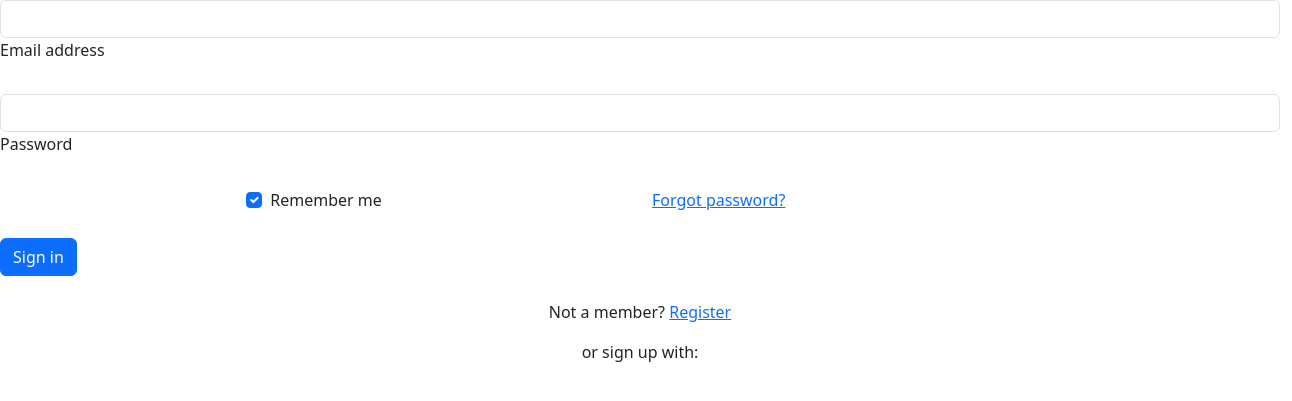
Repository: HieuNT-2001/JAVA-3---SOF203
Page: http://localhost/HocJava4/views/LoginForm.jsp
An editor plug-in stored every save of this project. The page is shown before and after the next save, followed by the edit.
The browser window is 1280 px wide. The page is 1292 px wide, then 1280 px, so the pictures cover 1292 px, including what lies to the right of the window. The pictures show the whole page.
The page is served by Tomcat 9. Other server files are loaded and not shown.

Above is the page before, as saved 2024-09-28 03:13:58.

### HocJava4/src/main/webapp/views/LoginForm.jsp
<%@ page language="java" contentType="text/html; charset=UTF-8"
	pageEncoding="UTF-8"%>
<!doctype html>
<html lang="en">
<head>
<meta charset="utf-8">
<meta name="viewport" content="width=device-width, initial-scale=1">
<title>Bootstrap demo</title>
<link
	href="https://cdn.jsdelivr.net/npm/bootstrap@5.3.3/dist/css/bootstrap.min.css"
	rel="stylesheet"
	integrity="sha384-QWTKZyjpPEjISv5WaRU9OFeRpok6YctnYmDr5pNlyT2bRjXh0JMhjY6hW+ALEwIH"
	crossorigin="anonymous">
</head>
<body>
	<div class="container">

	</div>
	<form>
		<!-- Email input -->
		<div data-mdb-input-init class="form-outline mb-4">
			<input type="email" id="form2Example1" class="form-control" /> <label
				class="form-label" for="form2Example1">Email address</label>
		</div>

		<!-- Password input -->
		<div data-mdb-input-init class="form-outline mb-4">
			<input type="password" id="form2Example2" class="form-control" /> <label
				class="form-label" for="form2Example2">Password</label>
		</div>

		<!-- 2 column grid layout for inline styling -->
		<div class="row mb-4">
			<div class="col d-flex justify-content-center">
				<!-- Checkbox -->
				<div class="form-check">
					<input class="form-check-input" type="checkbox" value=""
						id="form2Example31" checked /> <label class="form-check-label"
						for="form2Example31"> Remember me </label>
				</div>
			</div>

			<div class="col">
				<!-- Simple link -->
				<a href="#!">Forgot password?</a>
			</div>
		</div>

		<!-- Submit button -->
		<button type="button" data-mdb-button-init data-mdb-ripple-init
			class="btn btn-primary btn-block mb-4">Sign in</button>

		<!-- Register buttons -->
		<div class="text-center">
			<p>
				Not a member? <a href="#!">Register</a>
			</p>
			<p>or sign up with:</p>
			<button type="button" data-mdb-button-init data-mdb-ripple-init
				class="btn btn-link btn-floating mx-1">
				<i class="fab fa-facebook-f"></i>
			</button>

			<button type="button" data-mdb-button-init data-mdb-ripple-init
				class="btn btn-link btn-floating mx-1">
				<i class="fab fa-google"></i>
			</button>

			<button type="button" data-mdb-button-init data-mdb-ripple-init
				class="btn btn-link btn-floating mx-1">
				<i class="fab fa-twitter"></i>
			</button>

			<button type="button" data-mdb-button-init data-mdb-ripple-init
				class="btn btn-link btn-floating mx-1">
				<i class="fab fa-github"></i>
			</button>
		</div>
	</form>
	<script
		src="https://cdn.jsdelivr.net/npm/bootstrap@5.3.3/dist/js/bootstrap.bundle.min.js"
		integrity="sha384-YvpcrYf0tY3lHB60NNkmXc5s9fDVZLESaAA55NDzOxhy9GkcIdslK1eN7N6jIeHz"
		crossorigin="anonymous"></script>
</body>
</html>

After the next save:
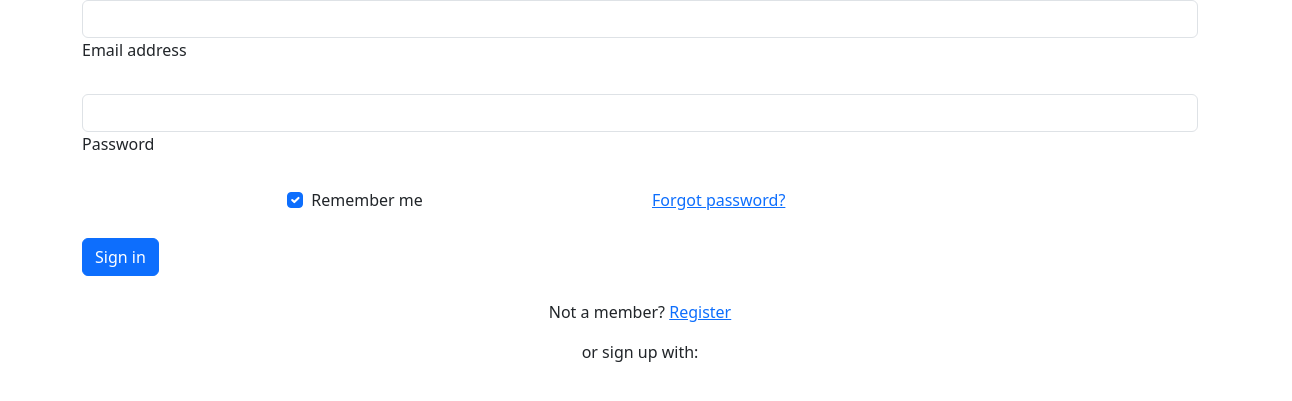
Saved 15 s later.
--- a/HocJava4/src/main/webapp/views/LoginForm.jsp
+++ b/HocJava4/src/main/webapp/views/LoginForm.jsp
@@ -14,69 +14,69 @@
 </head>
 <body>
 	<div class="container">
+		<form>
+			<!-- Email input -->
+			<div data-mdb-input-init class="form-outline mb-4">
+				<input type="email" id="form2Example1" class="form-control" /> <label
+					class="form-label" for="form2Example1">Email address</label>
+			</div>
 
-	</div>
-	<form>
-		<!-- Email input -->
-		<div data-mdb-input-init class="form-outline mb-4">
-			<input type="email" id="form2Example1" class="form-control" /> <label
-				class="form-label" for="form2Example1">Email address</label>
-		</div>
+			<!-- Password input -->
+			<div data-mdb-input-init class="form-outline mb-4">
+				<input type="password" id="form2Example2" class="form-control" /> <label
+					class="form-label" for="form2Example2">Password</label>
+			</div>
 
-		<!-- Password input -->
-		<div data-mdb-input-init class="form-outline mb-4">
-			<input type="password" id="form2Example2" class="form-control" /> <label
-				class="form-label" for="form2Example2">Password</label>
-		</div>
+			<!-- 2 column grid layout for inline styling -->
+			<div class="row mb-4">
+				<div class="col d-flex justify-content-center">
+					<!-- Checkbox -->
+					<div class="form-check">
+						<input class="form-check-input" type="checkbox" value=""
+							id="form2Example31" checked /> <label class="form-check-label"
+							for="form2Example31"> Remember me </label>
+					</div>
+				</div>
 
-		<!-- 2 column grid layout for inline styling -->
-		<div class="row mb-4">
-			<div class="col d-flex justify-content-center">
-				<!-- Checkbox -->
-				<div class="form-check">
-					<input class="form-check-input" type="checkbox" value=""
-						id="form2Example31" checked /> <label class="form-check-label"
-						for="form2Example31"> Remember me </label>
+				<div class="col">
+					<!-- Simple link -->
+					<a href="#!">Forgot password?</a>
 				</div>
 			</div>
 
-			<div class="col">
-				<!-- Simple link -->
-				<a href="#!">Forgot password?</a>
+			<!-- Submit button -->
+			<button type="button" data-mdb-button-init data-mdb-ripple-init
+				class="btn btn-primary btn-block mb-4">Sign in</button>
+
+			<!-- Register buttons -->
+			<div class="text-center">
+				<p>
+					Not a member? <a href="#!">Register</a>
+				</p>
+				<p>or sign up with:</p>
+				<button type="button" data-mdb-button-init data-mdb-ripple-init
+					class="btn btn-link btn-floating mx-1">
+					<i class="fab fa-facebook-f"></i>
+				</button>
+
+				<button type="button" data-mdb-button-init data-mdb-ripple-init
+					class="btn btn-link btn-floating mx-1">
+					<i class="fab fa-google"></i>
+				</button>
+
+				<button type="button" data-mdb-button-init data-mdb-ripple-init
+					class="btn btn-link btn-floating mx-1">
+					<i class="fab fa-twitter"></i>
+				</button>
+
+				<button type="button" data-mdb-button-init data-mdb-ripple-init
+					class="btn btn-link btn-floating mx-1">
+					<i class="fab fa-github"></i>
+				</button>
 			</div>
-		</div>
+		</form>
+	</div>
 
-		<!-- Submit button -->
-		<button type="button" data-mdb-button-init data-mdb-ripple-init
-			class="btn btn-primary btn-block mb-4">Sign in</button>
-
-		<!-- Register buttons -->
-		<div class="text-center">
-			<p>
-				Not a member? <a href="#!">Register</a>
-			</p>
-			<p>or sign up with:</p>
-			<button type="button" data-mdb-button-init data-mdb-ripple-init
-				class="btn btn-link btn-floating mx-1">
-				<i class="fab fa-facebook-f"></i>
-			</button>
-
-			<button type="button" data-mdb-button-init data-mdb-ripple-init
-				class="btn btn-link btn-floating mx-1">
-				<i class="fab fa-google"></i>
-			</button>
-
-			<button type="button" data-mdb-button-init data-mdb-ripple-init
-				class="btn btn-link btn-floating mx-1">
-				<i class="fab fa-twitter"></i>
-			</button>
-
-			<button type="button" data-mdb-button-init data-mdb-ripple-init
-				class="btn btn-link btn-floating mx-1">
-				<i class="fab fa-github"></i>
-			</button>
-		</div>
-	</form>
 	<script
 		src="https://cdn.jsdelivr.net/npm/bootstrap@5.3.3/dist/js/bootstrap.bundle.min.js"
 		integrity="sha384-YvpcrYf0tY3lHB60NNkmXc5s9fDVZLESaAA55NDzOxhy9GkcIdslK1eN7N6jIeHz"
